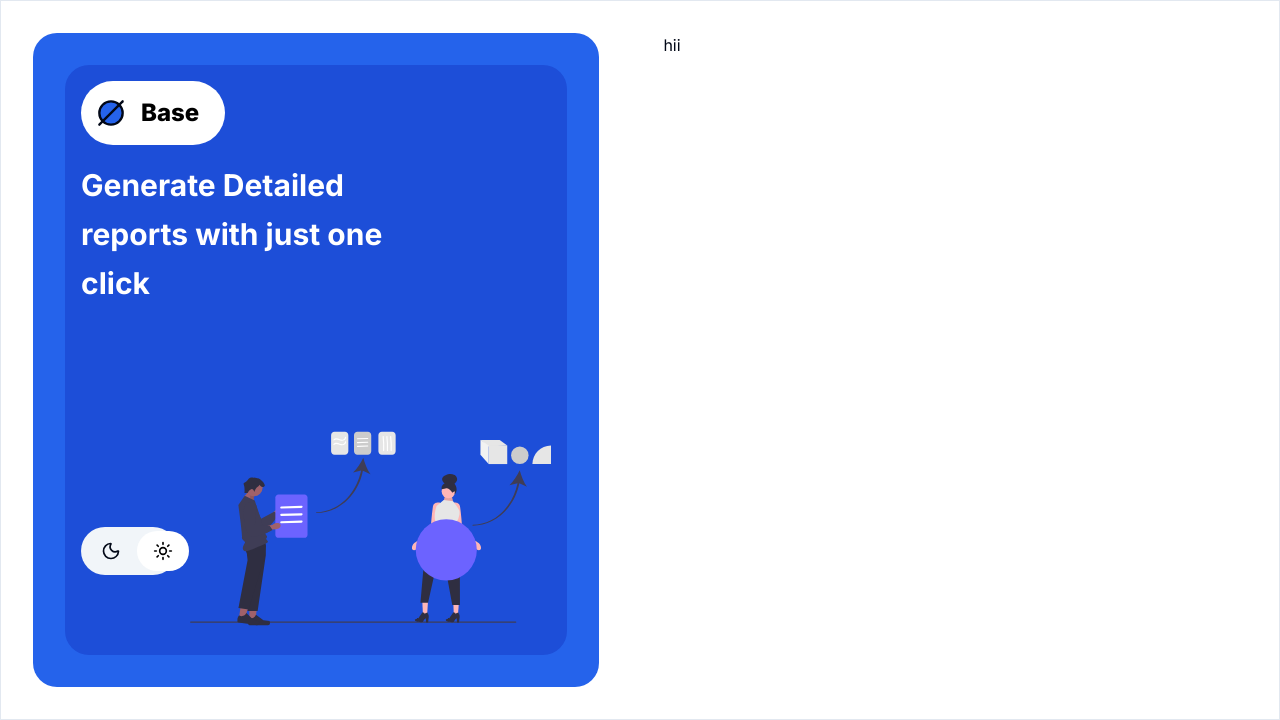
Repository: Hardyy00/openinapp_assignment
Page: /
The author's editor kept a copy of each file at every save. The page is drawn from the files as they stood at one save, then again after the next save.
The browser window is 1280 px wide. The pictures show the whole page.
The project was rebuilt for these pictures with package versions that can differ from the ones it lists, and the page was loaded fresh each time. The framework's server and built-in components were replaced by stand-ins that run in the browser. Also part of the build but not shown: next.config.mjs.

Above is the page before, as saved 2024-08-23 15:42:03.

After the next save:
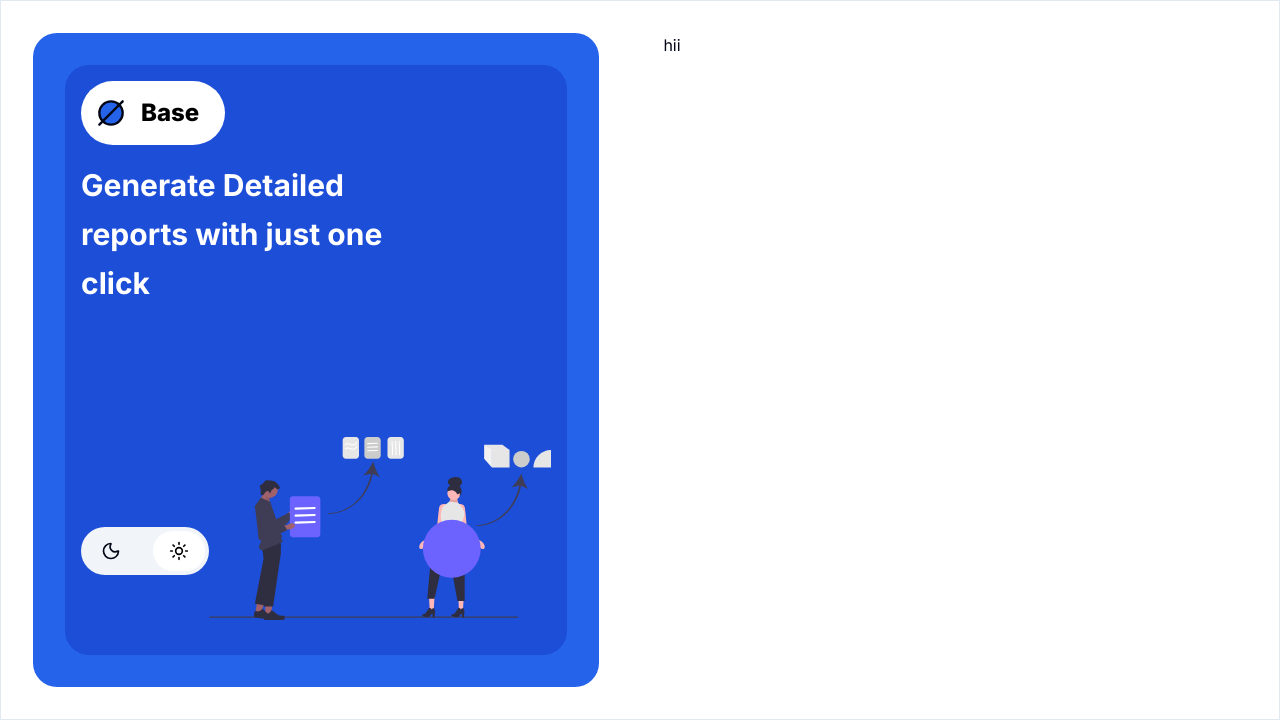
Saved 7 s later.
--- a/app/(auth)/layout.tsx
+++ b/app/(auth)/layout.tsx
@@ -21,7 +21,7 @@ export default function Layout({ children }: { children: React.ReactNode }) {
 
             <div className=" flex h-[24rem]">
               <div className="flex-[0.3] self-end pb-16">
-                <ThemeToggle className="w-[6rem]" />
+                <ThemeToggle className="w-[8rem]" />
               </div>
               <div className="flex-1 h-[70%] self-end  relative">
                 {/* <div className="h-[70%]"> */}
